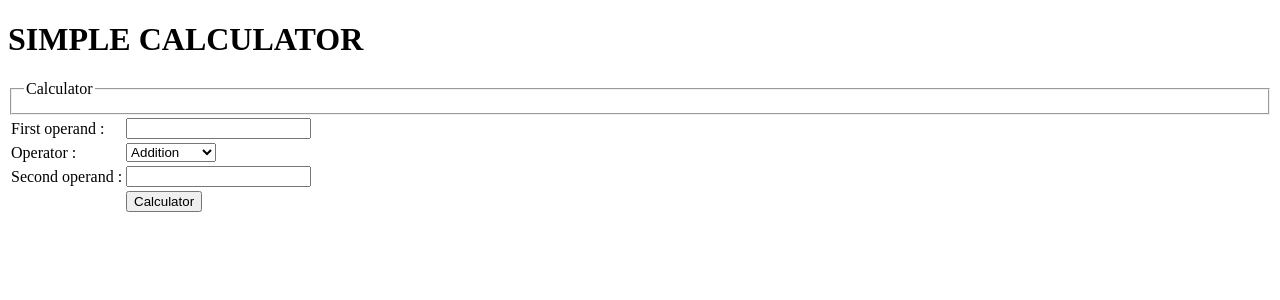
Repository: NGUYEN112/Module2
Page: http://localhost/
The author's editor kept a copy of each file at every save. The page is drawn from the files as they stood at one save, then again after the next save.
The browser window is 1280 px wide. The pictures show the whole page.
The page is run by PHP 8.4 with error messages shown; the project is at /var/www/html/.

Above is the page before, as saved 2021-01-18 11:53:16.

After the next save:
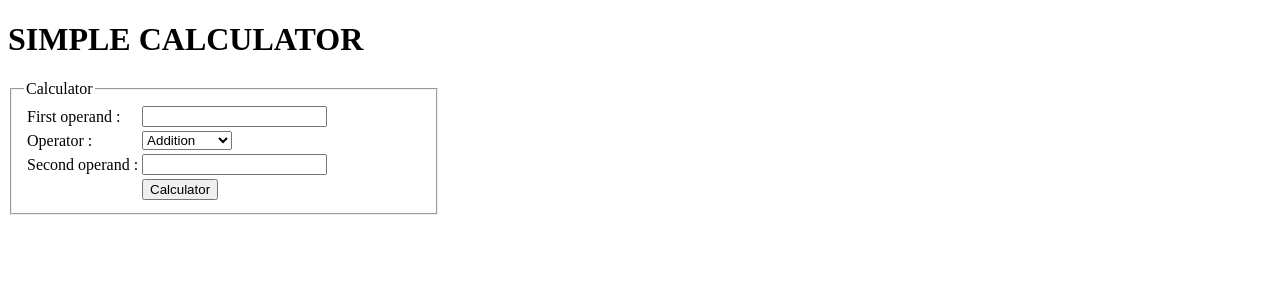
Saved 72 s later.
--- a/bai8-calculator/index.php
+++ b/bai8-calculator/index.php
@@ -10,9 +10,8 @@
 <body>
     <h1>SIMPLE CALCULATOR</h1>
     <form method="post">
-        <fieldset>
+        <fieldset style="width: 400px;">
         <legend>Calculator</legend>
-        </fieldset>
         <table>
             <div>
                 <tr>
@@ -39,6 +38,7 @@
             </div>
         </table>
     </form>
+    </fieldset>
 </body>
 
 </html>
